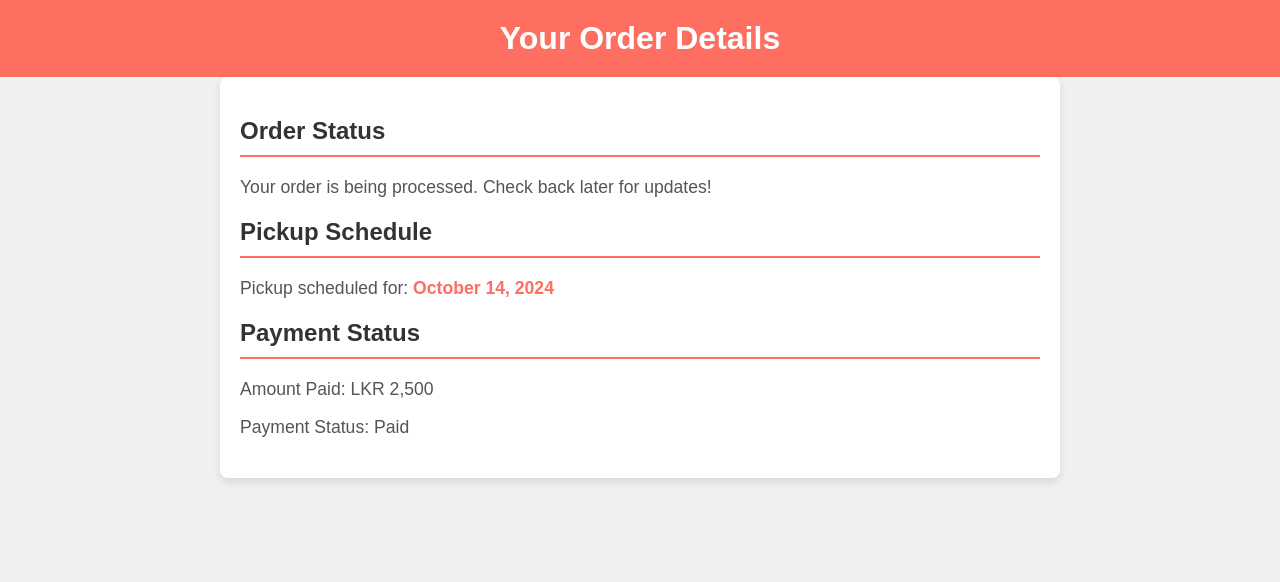
Repository: wmrmweerakoon/Online-Laundry-Management-System
Page: http://localhost/LaundryManagementSystem/showTracking.jsp
An editor plug-in stored every save of this project. The page is shown before and after the next save, followed by the edit.
The browser window is 1280 px wide. The pictures show the whole page.
The page is served by Tomcat 9.

Above is the page before, as saved 2024-10-11 16:18:26.

After the next save:
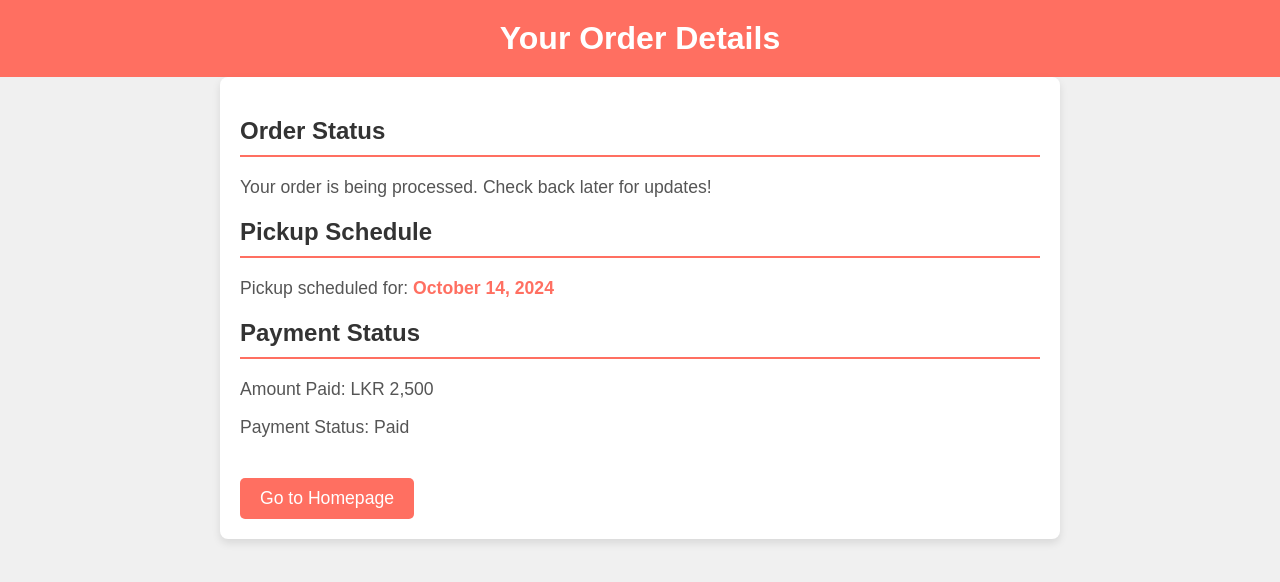
Saved 2 min 40 s later.
--- a/Projects/LaundryManagementSystem/src/main/webapp/showTracking.jsp
+++ b/Projects/LaundryManagementSystem/src/main/webapp/showTracking.jsp
@@ -1,5 +1,3 @@
-<%@ page language="java" contentType="text/html; charset=UTF-8"
-    pageEncoding="UTF-8"%>
 <!DOCTYPE html>
 <html lang="en">
 <head>
@@ -56,6 +54,23 @@
             color: #ff6f61;
         }
 
+        /* Button styles */
+        .btn-home {
+            display: inline-block;
+            padding: 10px 20px;
+            background-color: #ff6f61;
+            color: white;
+            text-decoration: none;
+            border-radius: 5px;
+            font-size: 1.1em;
+            margin-top: 20px;
+            text-align: center;
+        }
+
+        .btn-home:hover {
+            background-color: #e65a50;
+        }
+
         /* Media query for smaller screens */
         @media (max-width: 600px) {
             h1 {
@@ -68,6 +83,11 @@
 
             p {
                 font-size: 1em;
+            }
+
+            .btn-home {
+                font-size: 1em;
+                padding: 8px 16px;
             }
         }
     </style>
@@ -90,6 +110,8 @@
             <p>Amount Paid: LKR 2,500</p>
             <p>Payment Status: Paid</p>
         </section>
+        <!-- Button to go to the homepage -->
+        <a href="index.html" class="btn-home">Go to Homepage</a>
     </main>
 </body>
 </html>
